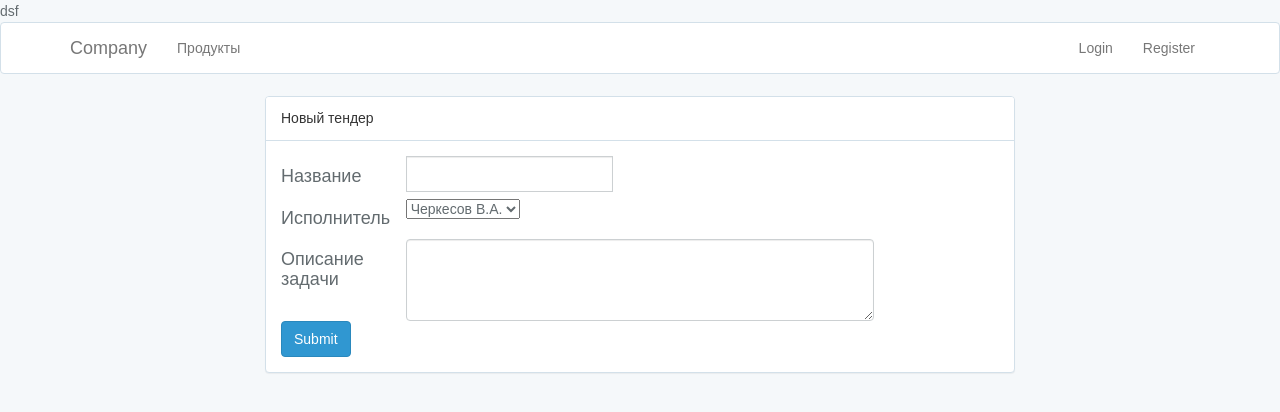
Repository: blackjack043/laravel-crud
Page: http://localhost/page2
An editor plug-in stored every save of this project. The page is shown before and after the next save, followed by the edit.
The browser window is 1280 px wide. The pictures show the whole page.
Some web fonts or font styles are not loaded; a fallback is used. The page is served by the project's Laravel application, run on PHP 8.4 with Laravel 8. Other server files are loaded and not shown.

Above is the page before, as saved 2022-03-06 21:02:12.

### routes/web.php
<?php

/*
|--------------------------------------------------------------------------
| Web Routes
|--------------------------------------------------------------------------
|
| Here is where you can register web routes for your application. These
| routes are loaded by the RouteServiceProvider within a group which
| contains the "web" middleware group. Now create something great!
|
*/
use Illuminate\Http\Request;
use App\Contact12;


Route::get('/', function () {
    return view('welcome');
});

Route::get('/page2', function () {
    return view('page2');
});



Route::post('/profile', 'ContactController@submit');

Auth::routes();

Route::get('/home', 'HomeController@index');

Auth::routes();

Route::get('/home', 'HomeController@index');

### resources/views/page2.blade.php
@extends('layouts.app2')

@section('content')
<div class="container">
    <div class="row">
        <div class="col-md-8 col-md-offset-2">
            <div class="panel panel-default">
                <div class="panel-heading">Новый тендер</div>
                <div class="panel-body">


        @if($errors->any())
            <div style=>
            @foreach ($errors->all() as $error)
            <div >
                {{$error}}
            </div>
            @endforeach
            </div>
         @endif
<form  method="POST" action="/profile">
{{ csrf_field() }}

                <div class="row" >
  <div class="col-md-2" ><h4>Название</h4></div>
  <div class="col-md-10">
<div class="input-group" >
<input type="text" name="label" class="form-control"  aria-describedby="sizing-addon2">
                </div></div>
</div>

<div class="row">
  <div class="col-md-2"><h4>Исполнитель</h4></div>
  <div class="col-md-10">
    <select name="ispolnitel">
    <option value="cherkesov">Черкесов В.А.</option>
    <option value="matancev">Матанцев Е.Р.</option>
    </select>
</div>
</div>

<div class="row">
  <div class="col-md-2"><h4>Описание задачи</h4></div>
  <div class="col-md-8">
		<textarea name="text" class="form-control" rows="3"></textarea>
</div>



</div>
<input type="submit" class="btn btn-primary">
</form>






                </div>
            </div>
        </div>
    </div>
</div>
@endsection

### resources/views/layouts/app2.blade.php
<!DOCTYPE html>
<html lang="en">
<head>
    <meta charset="utf-8">
    <meta http-equiv="X-UA-Compatible" content="IE=edge">
    <meta name="viewport" content="width=device-width, initial-scale=1">

    <!-- CSRF Token -->
    <meta name="csrf-token" content="{{ csrf_token() }}">

    <title>{{ config('app.name', 'Laravel') }}</title>

    <!-- Styles -->
    <link href="/css/app.css" rel="stylesheet">

    <!-- Scripts -->
    <script>
        window.Laravel = <?php echo json_encode([
            'csrfToken' => csrf_token(),
        ]); ?>
    </script>
</head>
<body>
    <div id="app">
        <div style="width: 320px;">dsf</div>
        <div>
        <nav class="navbar navbar-default">
            <div class="container">
                <div class="navbar-header">

                    <!-- Collapsed Hamburger -->
                    <button type="button " class="navbar-toggle collapsed" data-toggle="collapse" data-target="#app-navbar-collapse">
                        <span class="sr-only">Toggle Navigation</span>
                        <span class="icon-bar"></span>
                        <span class="icon-bar"></span>
                        <span class="icon-bar"></span>
                    </button>

                    <!-- Branding Image -->
                    <a class="navbar-brand" href="{{ url('/') }}">
                      Company
                    </a>
                </div>

                <div class="collapse navbar-collapse" id="app-navbar-collapse">
                    <!-- Left Side Of Navbar -->
                    <ul class="nav navbar-nav">
                        &nbsp;
                        <li ><a href="#">Продукты</a></li>
                    </ul>

                    <!-- Right Side Of Navbar -->
                    <ul class="nav navbar-nav navbar-right">
                        <!-- Authentication Links -->
                        @if (Auth::guest())
                            <li><a href="{{ url('/login') }}">Login</a></li>
                            <li><a href="{{ url('/register') }}">Register</a></li>
                        @else
                            <li class="dropdown">
                                <a href="#" class="dropdown-toggle" data-toggle="dropdown" role="button" aria-expanded="false">
                                    {{ Auth::user()->name }} <span class="caret"></span>
                                </a>

                                <ul class="dropdown-menu" role="menu">
                                    <li>
                                        <a href="{{ url('/logout') }}"
                                            onclick="event.preventDefault();
                                                     document.getElementById('logout-form').submit();">
                                            Logout
                                        </a>

                                        <form id="logout-form" action="{{ url('/logout') }}" method="POST" style="display: none;">
                                            {{ csrf_field() }}
                                        </form>
                                    </li>
                                </ul>
                            </li>
                        @endif
                    </ul>
                </div>
            </div>
        </nav>

        @yield('content')
    </div>
    </div>
    <!-- Scripts -->
    <script src="/js/app.js"></script>
</body>
</html>

Loaded but not shown: app/Http/Controllers/Auth/LoginController.php (common file); app/Http/Controllers/Controller.php (common file); public/css/app.css (library); public/js/app.js (library)

After the next save:
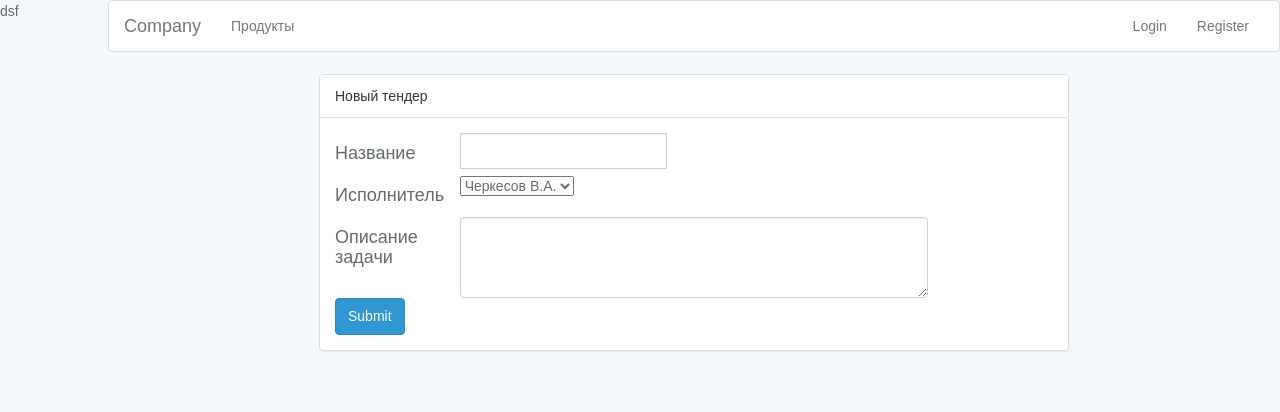
Saved 32 s later.
--- a/resources/views/layouts/app2.blade.php
+++ b/resources/views/layouts/app2.blade.php
@@ -21,7 +21,7 @@
     </script>
 </head>
 <body>
-    <div id="app">
+    <div id="app" style="display:flex ">
         <div style="width: 320px;">dsf</div>
         <div>
         <nav class="navbar navbar-default">
